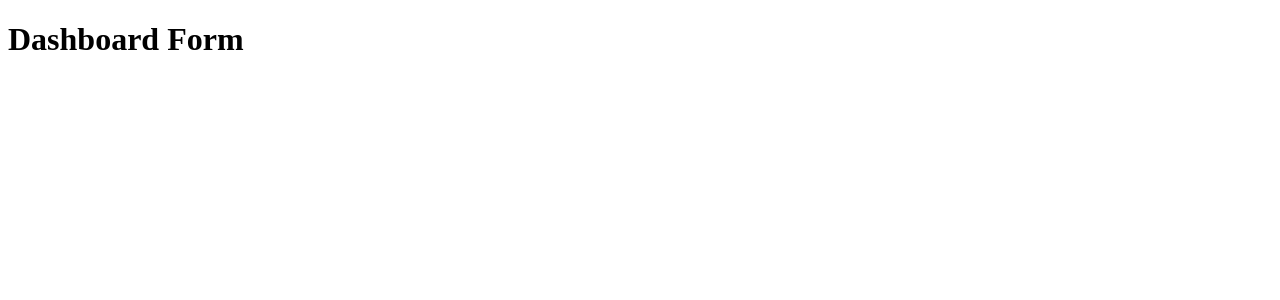
Repository: sach7691/eclipse-projects
Page: http://localhost/customer-management-application/dashboard.jsp
The author's editor kept a copy of each file at every save. The page is drawn from the files as they stood at one save, then again after the next save.
The browser window is 1280 px wide. The pictures show the whole page.
The page is served by Tomcat 9. Other server files are loaded and not shown.

Above is the page before, as saved 2022-08-11 20:33:09.

### customer-management-application/src/main/webapp/dashboard.jsp
<%@ page language="java" contentType="text/html; charset=ISO-8859-1"
    pageEncoding="ISO-8859-1"%>
<!DOCTYPE html>
<html>
<head>
<meta charset="ISO-8859-1">
<title>dashboard</title>
</head>
<body>

<h1>Dashboard Form</h1>



</body>
</html>

After the next save:
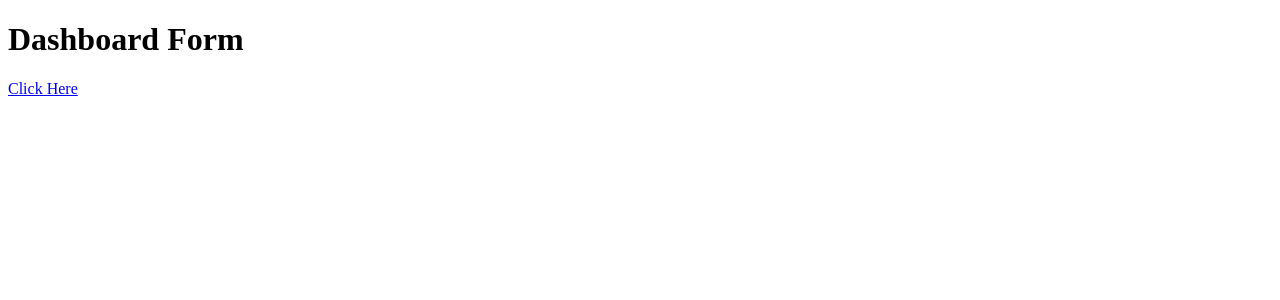
Saved 6 min 24 s later.
--- a/customer-management-application/src/main/webapp/dashboard.jsp
+++ b/customer-management-application/src/main/webapp/dashboard.jsp
@@ -10,7 +10,7 @@
 
 <h1>Dashboard Form</h1>
 
-
+<a href="View all registered customers">Click Here</a>
 
 </body>
 </html>
